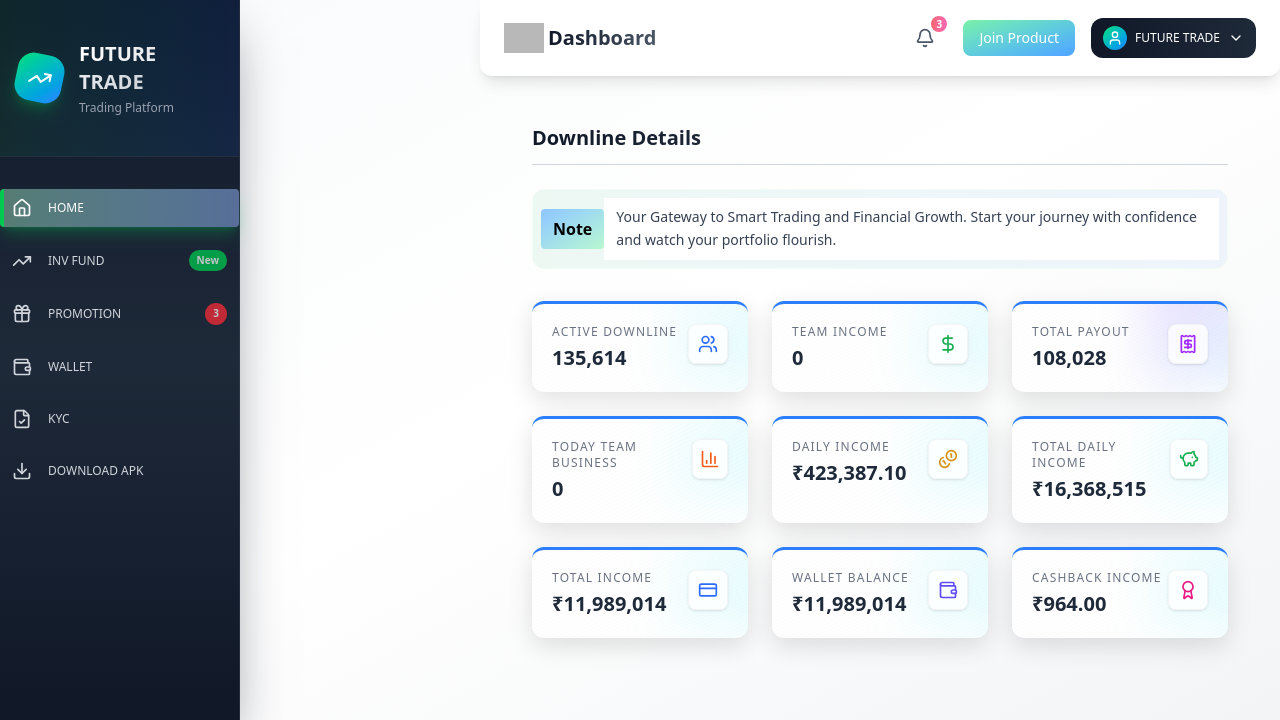
Repository: GauraVPandeyyy/Trade
Page: /
These files come from the project's save history. The page is drawn as it stood at one moment and after the next save; the edit follows.
The browser window is 1280 px wide. The pictures show the whole page.
Pictures or frames that could not be fetched are drawn as grey boxes. The project was rebuilt for these pictures with package versions that can differ from the ones it lists, and the page was loaded fresh each time. Some packages were replaced by stand-ins written for this rebuild. Also part of the build but not shown: vite.config.js, src/App.jsx, src/pages/InvFund.jsx, src/pages/Promotion.jsx, src/pages/Wallet.jsx, src/pages/Kyc.jsx, src/pages/DownloadApk.jsx.

Above is the page before, as saved 2025-08-02 16:05:49.

After the next save:
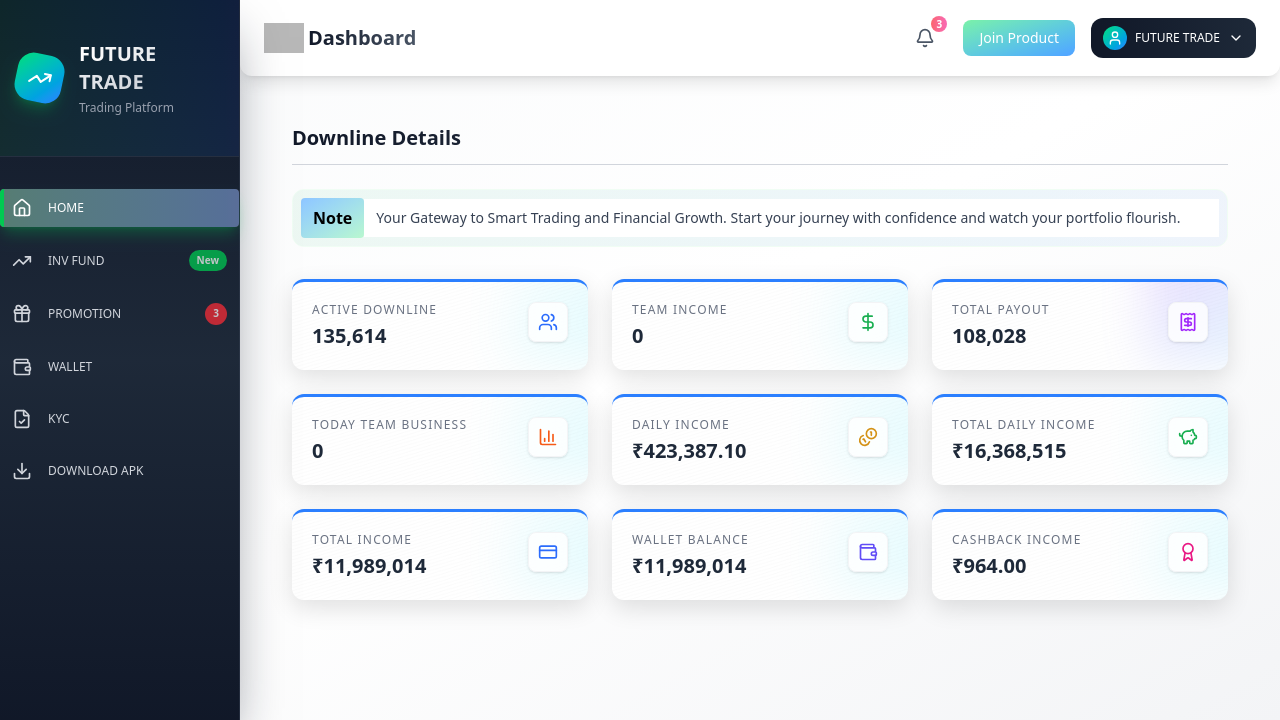
Saved 2 min 30 s later.
--- a/src/pages/Dashboard.jsx
+++ b/src/pages/Dashboard.jsx
@@ -37,7 +37,7 @@
       <Sidebar isOpen={isOpen} onClose={close} isMobile={isMobile} />
 
       {/* Main Content */}
-      <div className={`flex-1 flex flex-col transition-all duration-300 ${!isMobile ? 'ml-0 md:ml-60' : ''}`}>
+      <div className={`flex-1 flex flex-col transition-all duration-300 ${!isMobile ? 'ml-0' : ''}`}>
         {/* Header */}
         <Header onMenuClick={toggle} isMobile={isMobile} />
 
